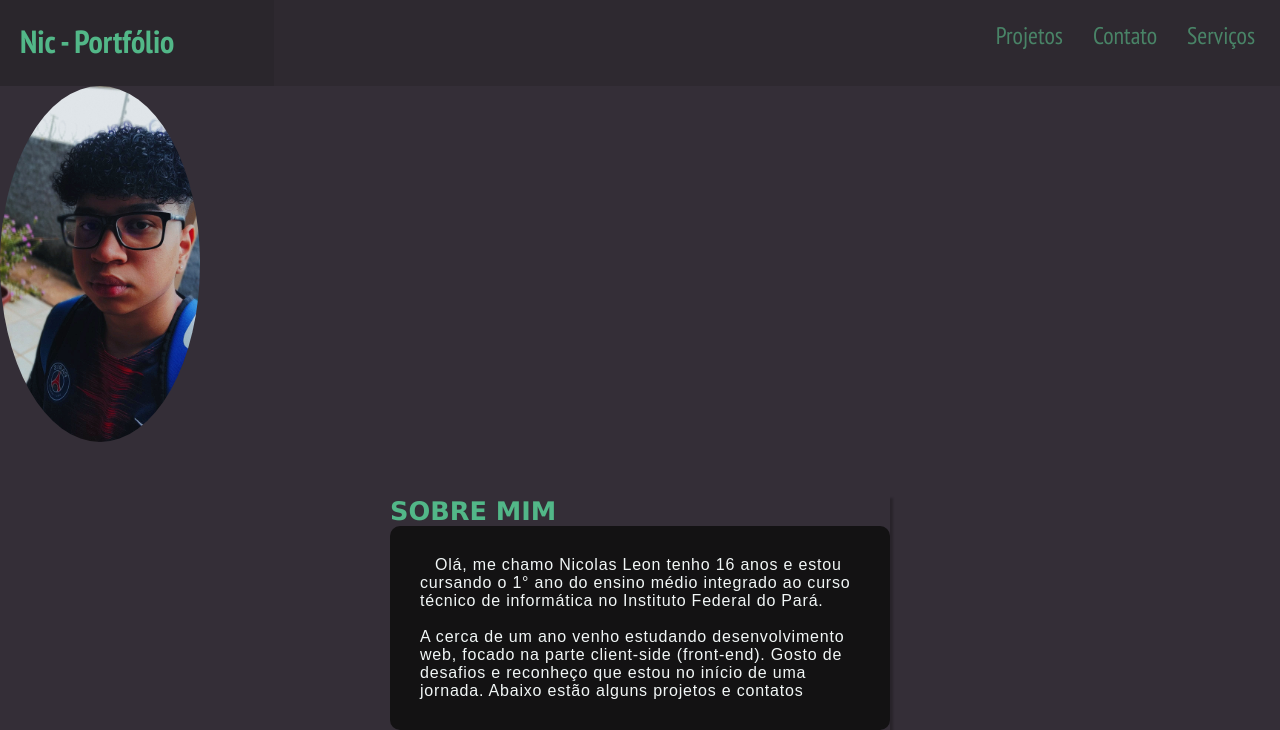
Repository: Leonngc/portfolio
Page: index.html
An editor plug-in stored every save of this project. The page is shown before and after the next save, followed by the edit.
The browser window is 1280 px wide. The pictures show the whole page.

Above is the page before, as saved 2022-12-02 22:52:07.

### index.html
<!DOCTYPE html>
<html lang="en">

<head>
    <meta charset="UTF-8">
    <meta http-equiv="X-UA-Compatible" content="IE=edge">
    <meta name="viewport" content="width=device-width, initial-scale=1.0">
    <meta name="keywords" content="portfolio, web, dev, website, desenvolvedor">
    <meta name="description" content="Meu portfolio de desenvolvedor web">
    <title>Nic Portfólio</title>
    <link rel="stylesheet" href="home.css">
</head>

<body>
    <header>
        <h1>Nic - Portfólio</h1>
        <nav class="menu">
            <ul>
                <li><a href="">Projetos</a></li>
                <li><a href="">Contato</a></li>
                <li><a href="">Serviços</a></li>
            </ul>
        </nav>
    </header>
    <section>
        <span>
            <img src="imgs/foto-perfil.webp" alt="">
        </span>
    </section>

    <section class="text">
        <h2>Sobre mim</h2>
        <p>Olá, me chamo Nicolas Leon tenho 16 anos e estou cursando o 1° ano do ensino médio integrado ao curso técnico de informática no Instituto Federal do Pará. <br> <br>
        A cerca de um ano venho estudando desenvolvimento web, focado na parte client-side (front-end). Gosto de desafios e reconheço que estou no início de uma jornada. Abaixo estão alguns projetos e contatos</p>
    </section>


</body>

</html>

### home.css
@import url('https://fonts.googleapis.com/css2?family=PT+Sans+Narrow:wght@400;700&display=swap');

@import url('https://fonts.googleapis.com/css2?family=Ubuntu+Condensed&display=swap');

:root{
    --background:#342E37;
    --letters: #52B788;
    --font-texts: font-family: 'Ubuntu Condensed', sans-serif;
}
*{
    margin: 0;
    padding: 0;
}
body{
    background-color: var(--background);
    color: var(--letters);
}

header{
    display: flex;
    flex-wrap: wrap;
    justify-content: space-between;
    background-color: #2e2930;
    height: 12vh;
}

header > h1{
    font-family:'PT Sans Narrow', sans-serif;
    margin-left: 0px;
    padding: 20px;
    padding-right: 100px;
    background-color: rgba(0, 0, 0, 0.081);
}

 ul {
    display: flex;
    flex-wrap: wrap;
}

ul > li{
    list-style: none;
    margin: 10px;
}

li > a{
    text-decoration: none;
    color: var(--letters);
    font-family: 'PT Sans Narrow', sans-serif;
    font-size: 1.5em;
    color: #498467;
    padding: 5px;
}

.menu{
    margin-top: 10px;
    margin-right: 10px;
}

li > a:hover{
    text-decoration: underline;
    color: #498480;
}

span > img{
    width: 200px;
    height: 15%;
    border-radius: 50%;
}

section.text{
    margin: 0px auto;
    margin-top: 50px;
    width: 500px;
    box-shadow: 3px 2px 2px rgba(0, 0, 0, 0.224);
}

section > h2{
    font-family: verdana, sans-serif;
    font-size: 1.6em;
    text-transform: uppercase;
}

section > p{
    border-radius: 10px;
    padding: 30px;
    background-color: #131213;
    color: #f2f7f7;
    font-family: Arial, Helvetica, sans-serif;
    letter-spacing: .8px;
    text-align: left;
    text-indent: 15px;

}

@media  (max-width: 600px) {
    header > h1{
        padding: 15px;
        font-size: 1.6em;
    }
    li > a{
        font-size: 1.2em;
    }
    section{
        width: 320px;
    }
}

After the next save:
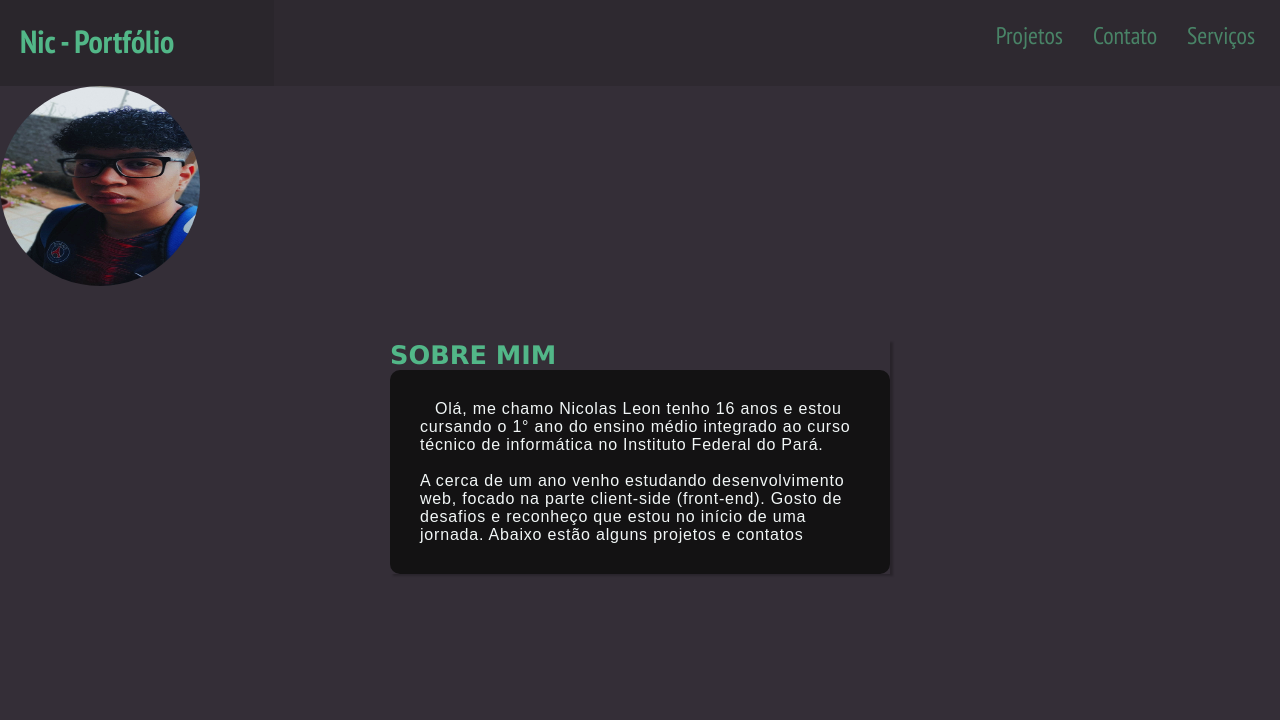
Saved 4 s later.
--- a/home.css
+++ b/home.css
@@ -63,7 +63,7 @@
 
 span > img{
     width: 200px;
-    height: 15%;
+    height: 200px;
     border-radius: 50%;
 }
 
